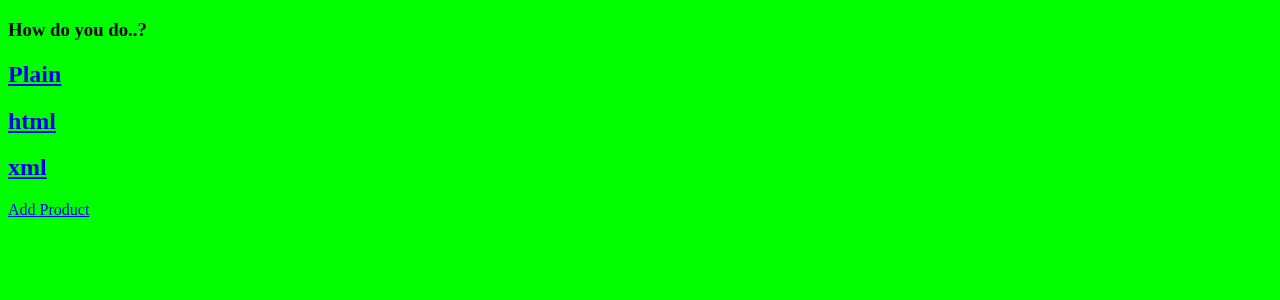
Repository: varshabataniya/Restful_WebService
Page: TrivagoHotel/WebContent/index.html
The author's editor kept a copy of each file at every save. The page is drawn from the files as they stood at one save, then again after the next save.
The browser window is 1280 px wide. The pictures show the whole page.

Above is the page before, as saved 2019-07-25 06:46:11.

### TrivagoHotel/WebContent/index.html
<!DOCTYPE html>
<html>
<head>
<meta charset="ISO-8859-1">
<title>Trivago Home</title>
<style type="text/css">
body{
	background-color: lime;
}
</style>
</head>
<body>
	<h3>How do you do..?</h3>
	<h2><a href="http://localhost:8080/HelloWebService/zenRest/zenhello">Plain</a></h2>
	<h2><a href="http://localhost:8080/HelloWebService/zenRest/zenhello/welcome">html</a></h2>
	<h2><a href="http://localhost:8080/HelloWebService/zenRest/zenhello/welcomeXml">xml</a></h2>
	<p><a href="addProduct.html">Add Product</a>
</body>
</html>

After the next save:
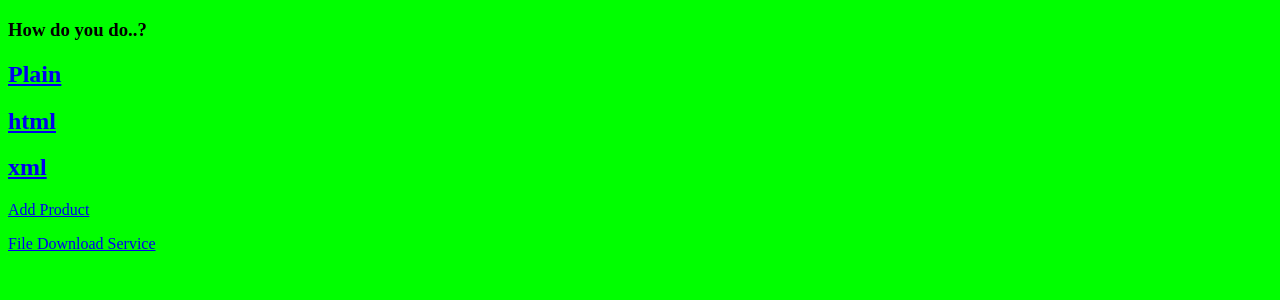
Saved 25 min 58 s later.
--- a/TrivagoHotel/WebContent/index.html
+++ b/TrivagoHotel/WebContent/index.html
@@ -15,5 +15,6 @@ body{
 	<h2><a href="http://localhost:8080/HelloWebService/zenRest/zenhello/welcome">html</a></h2>
 	<h2><a href="http://localhost:8080/HelloWebService/zenRest/zenhello/welcomeXml">xml</a></h2>
 	<p><a href="addProduct.html">Add Product</a>
+	<p><a href="FileDownloadService">File Download Service</a>
 </body>
 </html>
